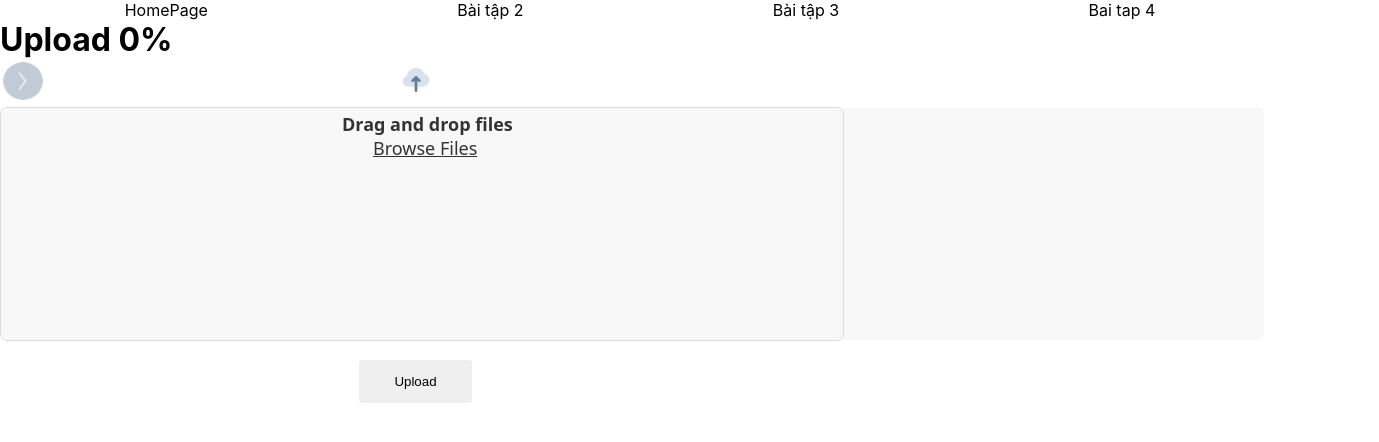
Repository: tungdau93/Training-ReactJS
Page: /bai-tap-3
These files come from the project's save history. The page is drawn as it stood at one moment and after the next save; the edit follows.
The browser window is 1280 px wide. The page is 1379 px wide, so the pictures cover 1379 px, including what lies to the right of the window. The pictures show the whole page.
The project was rebuilt for these pictures with package versions that can differ from the ones it lists, and the page was loaded fresh each time. Also part of the build but not shown: src/App.css, src/hooks/useClickOutside.js, src/Assignments/BaiTap2.jsx, src/Components/IconFile.jsx, src/Components/FileUpload.jsx, src/Assignments/HomePage.jsx.

Above is the page before, as saved 2022-10-03 10:24:13.

### src/App.js
import { BrowserRouter, Route, Routes } from "react-router-dom";
import "./App.css";
import BaiTap2 from "./Assignments/BaiTap2";
import BaiTap3 from "./Assignments/BaiTap3";
import HomePage from "./Assignments/HomePage";
import Menu from "./Assignments/Menu";

function App() {
  return (
    <BrowserRouter>
      <Menu />
      <Routes>
        <Route path="/" element={<HomePage />} />
        <Route path="/bai-tap-2" element={<BaiTap2 />} />
        <Route path="/bai-tap-3" element={<BaiTap3 />} />
      </Routes>
    </BrowserRouter>
  );
}

export default App;

### src/Assignments/BaiTap3.jsx
import React from "react";
import "../style/_bai-tap-3.scss";
import { ref, uploadBytesResumable } from "@firebase/storage";
import { storage } from "../firebase";
import { useState, useRef } from "react";
import IconFile from "../Components/IconFile";
import FileUpload from "../Components/FileUpload";

const BaiTap3 = () => {
  const listUploadedRef = useRef();
  const fileUploadedRef = useRef();

  const [files, setFiles] = useState([]);
  const [progress, setProgress] = useState(0);
  const [isSizeValid, setIsSizeValid] = useState(true);
  const [isActive, setIsActive] = useState(true);
  const [isValidNumberOfFiles, setValidNumberOfFiles] = useState(false);

  const RemoveAddFile = [];

  const handleSlide = () => {
    const listUploadedOffsetWidth = listUploadedRef.current?.offsetWidth;
    const listUploadedClientWidth = listUploadedRef.current?.clientWidth;
    const fileUploadedWidth = fileUploadedRef.current?.offsetWidth;
    const removeSpace = listUploadedOffsetWidth- listUploadedClientWidth
    console.log(removeSpace)

    if (listUploadedRef.current && fileUploadedRef.current) {
      listUploadedRef.current.scrollTo({
        left: fileUploadedWidth,
        behavior: "smooth",
      });
    }
  };
  const handleAddFiles = (event) => {
    setValidNumberOfFiles(false);
    const file = event.target.files[0];

    event.preventDefault();
    const fileArray = event.target.files;
    for (var j = 0; j < fileArray.length; j++) {
      if (fileArray[j].size > 10485760) {
        setIsSizeValid(false);
        setIsActive(false);
        return;
      }
    }
    setIsActive(true);
    setIsSizeValid(true);

    const newFiles = [...files];
    for (let k = 0; k < fileArray.length; k++) {
      newFiles.push(fileArray[k]);
    }
    setFiles(newFiles);
  };

  const uploadFiles = (file) => {
    if (!file) return;
    const storageRef = ref(storage, `/files/${file.name}`);
    const uploadTask = uploadBytesResumable(storageRef, file);
    uploadTask.on(
      "state_changed",
      (snapshot) => {
        const prog = Math.round(
          (snapshot.bytesTransferred / snapshot.totalBytes) * 100
        );
        setProgress(prog);
      },
      (err) => console.log(err)
    );
  };

  const handleUpload = (event) => {
    event.preventDefault();

    const newFilesUpload = [...files];
    if (files.length > 0 && files.length <= 4) {
      for (let i = 0; i < newFilesUpload.length; i++) {
        uploadFiles(newFilesUpload[i]);
        console.log(newFilesUpload[i]);
        setFiles(RemoveAddFile);
      }
    } else {
      setValidNumberOfFiles(true);
      setFiles(RemoveAddFile);
      setIsActive(false);
    }
  };

  const handleClose = (index) => {
    const fileSelected = files.filter((file) => file.index === index);
    // console.log(newFiles);
    const newFiles = [...files];
    newFiles.pop(fileSelected);
    setFiles([...newFiles]);
  };

  return (
    <>
      <h1>Upload {progress}%</h1>
      <img
        onClick={handleSlide}
        src={require("../assets/images/submit-icon.png")}
        alt=""
        className="slide-icon"
      />
      <div className={isActive ? "drag-and-drop" : "drag-and-drop--alert"}>
        <form onSubmit={(event) => handleUpload(event)}>
          <label htmlFor="name" className="drag-and-drop-img">
            <img alt="" src={require("../assets/images/upload-icon.png")} />
          </label>
          <label htmlFor="name" className="drag-and-drop-heading">
            Drag and drop files
          </label>
          <label htmlFor="name" className="drag-and-drop-heading--sub-heading">
            Browse Files
          </label>
          <input
            id="name"
            type="file"
            className="input"
            onChange={handleAddFiles}
            multiple
          />
          <button type="submit" className="submit">
            Upload
          </button>
        </form>
      </div>

      {isSizeValid ? (
        <div ref={listUploadedRef} className="show-data--hidden">
          {files &&
            files.map((file, index) => {
              // console.log(file.type);
              return (
                <FileUpload
                  handleClose={() => handleClose(index)}
                  key={index}
                  ref={fileUploadedRef}
                  fileType={file.type}
                  fileName={file.name}
                  fileSize={file.size}
                />
              );
            })}
        </div>
      ) : (
        <span className="maximum-files-size">
          The maximum file size is 10MB
        </span>
      )}

      {isValidNumberOfFiles ? (
        <span className="maximum-files-length">
          Maximum length of files is 4
        </span>
      ) : null}
    </>
  );
};

export default BaiTap3;

### src/Assignments/Menu.jsx
  import React from "react";
import { useNavigate } from "react-router-dom";

const styleHomePage={
        display:'flex',
        justifyContent: 'center',
}

const styleUl = {
    display: 'flex',
    justifyContent: 'space-around',
    // ListStyle:"none"
}
const handleMouseOver =(e)=>{
    e.target.style.color = '#DC143C'
}
const handleMouseOut =(e)=>{
    e.target.style.color = '#000'
}

const Menu = () => {
  const navigate = useNavigate();

  const redirectPage = (url) => {
    navigate(url);
  };

  return (
    <div>
      <ul style={styleUl}>
        <li style={{listStyleType:'none'}} onMouseOver={handleMouseOver} onMouseOut={handleMouseOut} onClick={() => redirectPage("/")}>
          <div style={styleHomePage}>HomePage</div>
        </li>
        <li style={{listStyleType:'none'}}  onMouseOver={handleMouseOver} onMouseOut={handleMouseOut} onClick={() => redirectPage("/bai-tap-2")}>
          <div >Bài tập 2</div>
        </li>
        <li style={{listStyleType:'none'}} onMouseOver={handleMouseOver} onMouseOut={handleMouseOut} onClick={() => redirectPage("/bai-tap-3")}>
          <div >Bài tập 3</div>
        </li>
        <li style={{listStyleType:'none'}} onMouseOver={handleMouseOver} onMouseOut={handleMouseOut} onClick={() => redirectPage("/bai-tap-4")}>
          <div >Bai tap 4

          </div>
        </li>
      </ul>
    </div>
  );
};

export default Menu;

### src/style/_bai-tap-2.scss
*{
    padding: 0;
    margin:0;
}
.app {
    background-color:#1E1E1E;
    #title {
        top:-976px;
        left:-1124px;
        color:#a0a0a0;
        width: 2227px;
        height:1933px;
        &:hover{
            color:#99CCFF;
            opacity:.6;
    }
    }
    .app__container{
        width: 2227px; ;
        height: 1933px;
        background-color:#F8F8F8;
        position:relative;
        .app__container--heading{
            display: flex;
            flex-direction: row;
            align-items: center;
            padding: 50px 99px 50px 56px;
            gap: 10px;
            display:block;

            position: absolute;
            width: 2227px;
            height: 140px;
            left: 0px;
            top: 0px;
            background-color:#333333;
            .app__container--heading-name{
                display: flex;
                flex-direction: row;
                align-items: center;
                padding: 0px;
                gap: 30px;

                width: 323px;
                height: 56px;


                /* Inside auto layout */

                flex: none;
                order: 0;
                flex-grow: 0;
                .app__container--heading-name--japanese{
                    width: 144px;
                    height: 56px;

                    font-family: 'Roboto';
                    font-style: normal;
                    font-weight: 700;
                    font-size: 48px;
                    line-height: 56px;




                /* White */

                    color: #FFFFFF;


                /* Inside auto layout */

                    flex: none;
                    order: 0;
                    flex-grow: 0;

                }
                .app__container--heading-name--english{
                    width: 149px;
                height: 38px;

                font-family: 'Roboto';
                font-style: normal;
                font-weight: 400;
                font-size: 32px;
                line-height: 38px;
                /* identical to box height */


                /* White */

                color: #FFFFFF;


                /* Inside auto layout */

                flex: none;
                order: 1;
                flex-grow: 0;
                }
            }
        }
        .app__container--input-wrapper{
    position: relative;
    display: flex;
    flex-direction: column;
    align-items: flex-start;
    padding: 0px;

    position: absolute;
    width: 400px;
    height: 46px;
    left: 379px;
    top: 308px;
    .app__container--input-wrapper--input{
        box-sizing: border-box;

    /* Auto layout */


    display: flex;
    flex-direction: row;
    align-items: center;
    padding: 8px 10px;
    gap: 4px;

    width: 400px;
    height: 49px;

    background: rgba(230, 249, 255, 0.2);
    /* Black / 04 */

    border: 1px solid #DBDBDB;
    border-radius: 4px;

    /* Inside auto layout */

    flex: none;
    order: 0;
    align-self: stretch;
    flex-grow: 0;



            }

     .fa-thin{
    position: absolute;
            }
    .app__container--input-wrapper--dropdown-list{
display: flex;

display:none;
// flex-direction: column;
// align-items: flex-start;
position: absolute;
width: 400px;
height: 128px;
left: 0;
top: 49px;
// background-color: yellow;

filter: drop-shadow(0px 1px 8px rgba(102, 102, 102, 0.25));
border-radius: 4px;
        .app__container--input-wrapper--dropdown-list--item1{
            position: absolute;
            width: 100%;
            height: 49px;
            background: rgba(230, 249, 255, 0.2);
            border-radius: 4px;
            display:block

        }
        .app__container--input-wrapper--dropdown-list--item2{
            position: absolute;
            width: 100%;
            height: 49px;
            border-radius: 4px;
            background: rgba(230, 249, 255, 0.2);
            top: 49px;
            display:block


        }
        .app__container--input-wrapper--dropdown-list--item3{
            position: absolute;
            width: 100%;
            height: 49px;
            border-radius: 4px;
            background: rgba(230, 249, 255, 0.2);
            top:98px;
            display:block


        }

    }
}


    }
}

### src/style/_bai-tap-3.scss

  .slide-icon {
    top: 560px;
    left: 1398px;
    width: 40px;
    height: 38px;
    border-radius: 50%;
    border: solid #fff;
    &:hover {
      border: #107ce0 solid 3px;
    }
  }
  .drag-and-drop {
    display: flex;
    justify-content: center;
    width: 842px;
    height: 232px;
    left: 579px;
    // right: 79.24%;
    top: 249px;
    background: #f8f8f8;
    border: 1px solid #dcdcdc;
    border-radius: 7px;
    z-index: 1;
    .drag-and-drop-img {
      top: 45px;
      left: 381px;
      display: flex;
      position: absolute;
      min-width: 70px;
      min-height: 70px;

      justify-content: center;
      align-items: center;
    }
    .drag-and-drop-heading {
      top: 113px;
      left: 342px;
      display: flex;
      position: absolute;
      min-width: 100px;
      align-items: center;
      justify-content: center;
      font-family: "Noto Sans";
      font-style: normal;
      font-weight: 700;
      font-size: 18px;
      line-height: 22px;
      color: #333333;
    }
    .drag-and-drop-heading--sub-heading {
      top: 137px;
      left: 373px;
      position: absolute;
      min-width: 50px;
      align-items: center;
      justify-content: center;
      font-family: "Noto Sans";
      font-style: normal;
      font-size: 18px;
      line-height: 22px;
      color: #333333;
      text-decoration: underline;
    }
    &:hover {
      border: 1px solid #107ce0;
    }
    .input {
      width: 842px;
      height: 232px;
      position: absolute;
      // right: 79.24%;
      background: #f8f8f8;
      // border: 1px solid #dcdcdc;
      border-radius: 7px;
      z-index: -1;
      color: transparent;

      &::-webkit-file-upload-button {
        display: none;
      }
    }
    .submit {
      position: absolute;
      top: 360px;
      left: 359px;
      width: 113px;
      height: 43px;
      border-radius: 3px;
      z-index: -1;
      border: none;
      &:hover {
        border: 1px solid #107ce0;
      }
    }
    .submit-img {
      position: absolute;
      top: 261px;
      left: 825px;
      width: 32px;
      height: 32px;
      border-radius: 50%;
      z-index: 1;
    }
    .drag-and-drop--upload-icon {
      position: absolute;
      height: 18.67px;
      width: 26.67px;
      top: 64px;
      left: 397.67px;
      right: 417.67px;
      z-index: 1;
    }

  }

  .drag-and-drop--alert {
    width: 842px;
    height: 232px;
    position: relative;
    left: 579px;
    // right: 79.24%;
    top: 249px;
    background: #f8f8f8;
    border: 1px solid  #ED5D5D;
    border-radius: 7px;
    z-index: 1;
    .drag-and-drop-img {
      top: 45px;
      left: 381px;
      display: flex;
      position: absolute;
      min-width: 70px;
      min-height: 70px;

      justify-content: center;
      align-items: center;
    }
    .drag-and-drop-heading {
      top: 113px;
      left: 342px;
      display: flex;
      position: absolute;
      min-width: 100px;
      align-items: center;
      justify-content: center;
      font-family: "Noto Sans";
      font-style: normal;
      font-weight: 700;
      font-size: 18px;
      line-height: 22px;
      color: #333333;
    }
    .drag-and-drop-heading--sub-heading {
      top: 137px;
      left: 373px;
      position: absolute;
      min-width: 50px;
      align-items: center;
      justify-content: center;
      font-family: "Noto Sans";
      font-style: normal;
      font-size: 18px;
      line-height: 22px;
      color: #333333;
      text-decoration: underline;
    }
    &:hover {
      border: 1px solid #107ce0;
    }
    .input {
      width: 842px;
      height: 232px;
      position: absolute;
      // right: 79.24%;
      background: #f8f8f8;
      // border: 1px solid #dcdcdc;
      border-radius: 7px;
      z-index: -1;
      color: transparent;

      &::-webkit-file-upload-button {
        display: none;
      }
    }
    .submit {
      position: absolute;
      top: 360px;
      left: 359px;
      width: 113px;
      height: 43px;
      border-radius: 3px;
      z-index: -1;
      border: none;
      &:hover {
        border: 1px solid #107ce0;
      }
    }
    .submit-img {
      position: absolute;
      top: 261px;
      left: 825px;
      width: 32px;
      height: 32px;
      border-radius: 50%;
      z-index: 1;
    }
    .drag-and-drop--upload-icon {
      position: absolute;
      height: 18.67px;
      width: 26.67px;
      top: 64px;
      left: 397.67px;
      right: 417.67px;
      z-index: 1;
    }


  }

  .invalid {
    position: absolute;
    top: 93px;
    left: 32px;
    width: 24px;
    height: 32px;
    background-color: rgba(255, 0, 0, 0.5);
    border: solid 0.5px rgb(153, 167, 181);
    border-radius: 3px;
  }

.maximum-files-length{
    color: #ED5D5D;
    top: 169px;
    position: relative;
    left: 581px;
}

.maximum-files-size{
  color: #ED5D5D;
  top: 278px;
  position: relative;
  left: 581px;
}

### src/firebase.js
import { initializeApp } from "firebase/app";
import { getStorage } from "firebase/storage";

const firebaseConfig = {
    apiKey: "AIzaSyBDyCwxOmrur5hog0XVVwqIkyzdGhH8h4w",
    authDomain: "fir-upload-d710f.firebaseapp.com",
    projectId: "fir-upload-d710f",
    storageBucket: "fir-upload-d710f.appspot.com",
    messagingSenderId: "230877422747",
    appId: "1:230877422747:web:8e36d237d55b89ca5f923e",
    measurementId: "G-Q111WB6C29"
  };

  export const app = initializeApp(firebaseConfig);
  export const storage = getStorage(app);

### src/style/_file-upload.scss
.show-data--hidden {
  position: relative;
    overflow:auto;
    left: 570px;
    top: 260px;
    width: 809px;
    height: 97px;
    display: flex;
    white-space:  nowrap;


    .alert{
      color: #ED5D5D;
      top:17px;
      position: absolute;
    }

    .show-data--item{
      background: #FFFFFF;
      top:0px;
      left: 45px;
      border: 1px solid #dcdcdc;
      display: flex;
      justify-content: space-between;
      align-items: center;
      min-width: 244px;
      height: 48px;
      border-radius: 3px;
      margin: 12px;

      &:hover {
        border: 1px solid #107ce0;
        border-radius: 3px;
      }
      .show-data__item--icon {
        width: 30px;
        height: 32px;
        margin: 8px 12px;
      }
      .show-data__item--icon--invalid {
        width: 30px;
        height: 32px;
        margin: 8px 12px;
        border: #072e2a solid 1px;
        border-radius: 3px;
        background-color: red;
      }
      .show-data__item--name {
        position: absolute;
        font-family: "Noto Sans";
        font-style: normal;
        margin-left: 48px;
        width:125px;
        .show-data__item--name--heading {
          min-width: 100px;
          height: 16px;
          font-weight: 700;
          font-size: 16px;
          line-height: 16px;
          margin-top: 23px;
        }
        .show-data__item--name--size {
          width: 85px;
          height: 16px;
          color: #666666;
          font-weight: 400;
          font-size: 16px;
          line-height: 14px;
          margin-bottom: 12px;
        }
      }
      .show-data__item--close-button {
        height: 18.67px;
        width: 16.67px;
        margin-right:5px;

      }
    }
  }

Loaded but not shown: public/index.html (common file); src/index.js (common file); src/index.css (common file); src/reportWebVitals.js (common file)

After the next save:
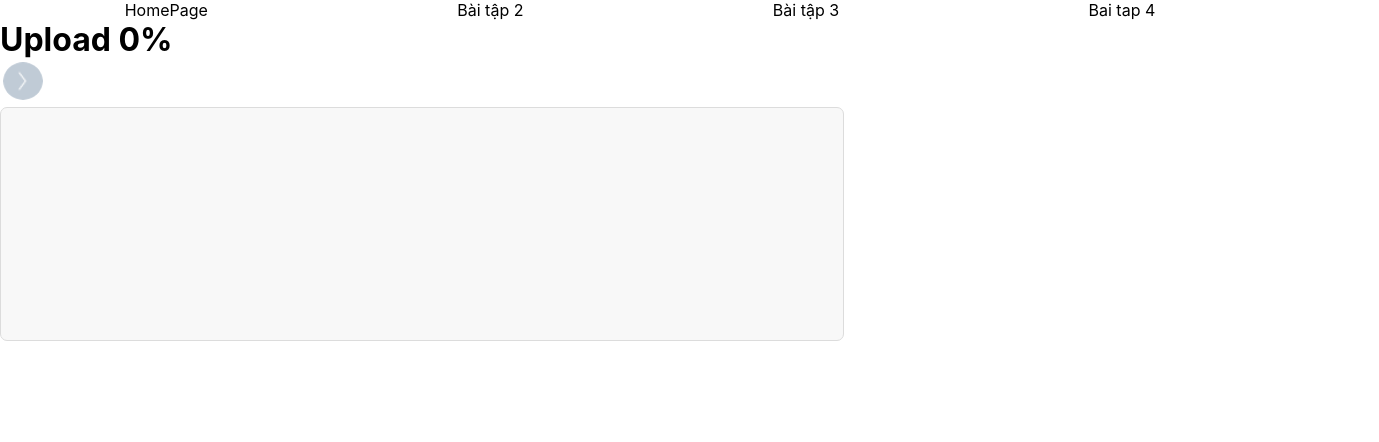
Saved 2 min 28 s later.
--- a/src/Assignments/BaiTap3.jsx
+++ b/src/Assignments/BaiTap3.jsx
@@ -106,7 +106,7 @@ const BaiTap3 = () => {
         className="slide-icon"
       />
       <div className={isActive ? "drag-and-drop" : "drag-and-drop--alert"}>
-        <form onSubmit={(event) => handleUpload(event)}>
+        {/* <form onSubmit={(event) => handleUpload(event)}>
           <label htmlFor="name" className="drag-and-drop-img">
             <img alt="" src={require("../assets/images/upload-icon.png")} />
           </label>
@@ -126,7 +126,7 @@ const BaiTap3 = () => {
           <button type="submit" className="submit">
             Upload
           </button>
-        </form>
+        </form> */}
       </div>
 
       {isSizeValid ? (
